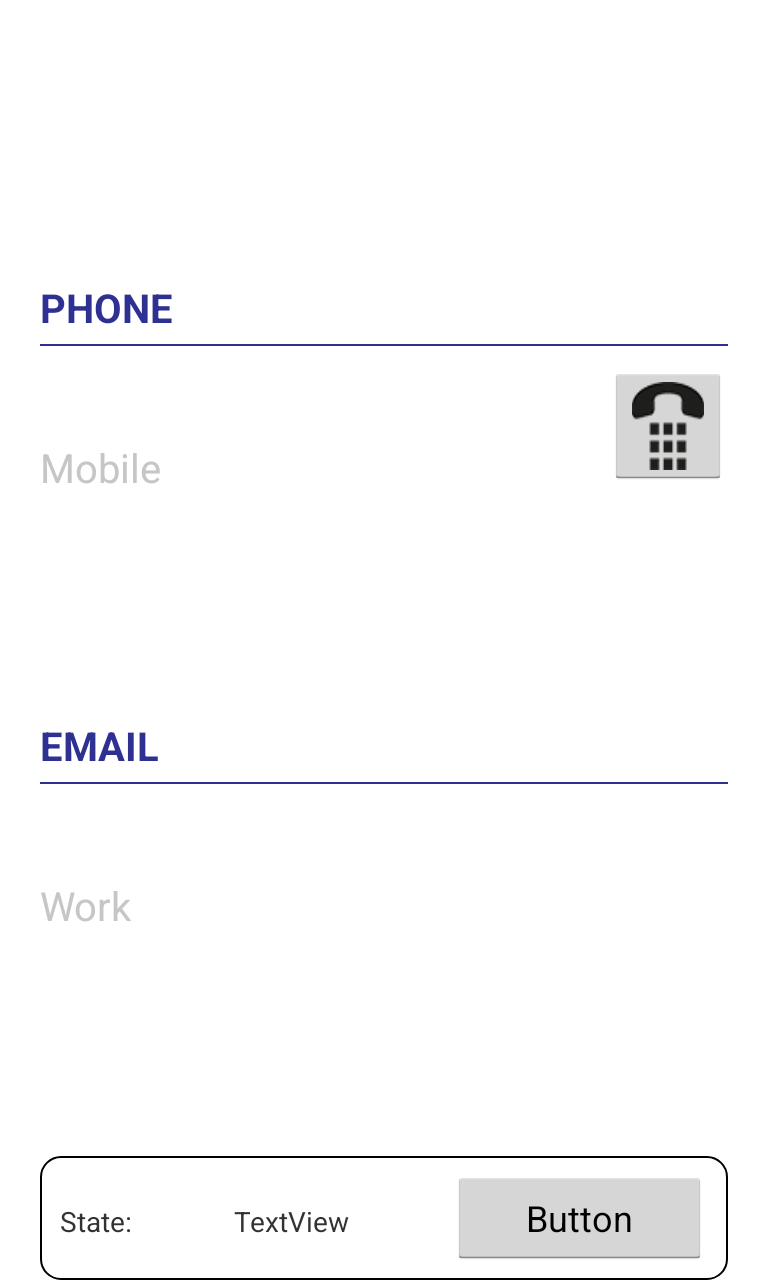
Repository: GitDidNotExitCleanly/FaceLabel
Layout: FaceLabel/res/layout/fragment_member_display.xml
The author's editor kept a copy of each file at every save. The layout is drawn from the files as they stood at one save, then again after the next save.
It is drawn on a 768 x 1280 px phone screen (xhdpi) without system bars, with theme AppTheme; the app's code is not run.

Above is the layout before, as saved 2015-05-12 17:06:17.

After the next save:
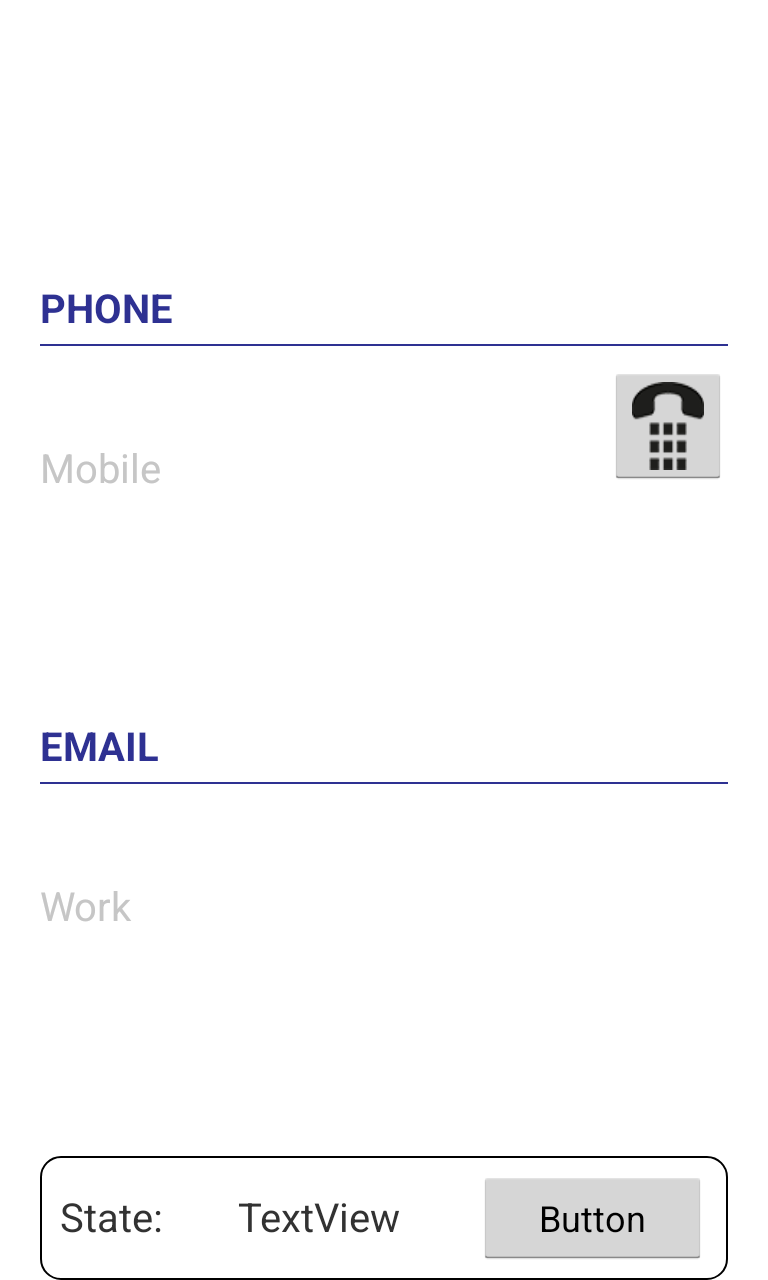
Saved 48 s later.
--- a/FaceLabel/res/layout/fragment_member_display.xml
+++ b/FaceLabel/res/layout/fragment_member_display.xml
@@ -148,6 +148,7 @@
             android:layout_width="wrap_content"
             android:layout_height="wrap_content"
             android:layout_weight="1"
+            android:textSize="20sp"
             android:text="State:" />
 
         <TextView
@@ -155,6 +156,7 @@
             android:layout_width="wrap_content"
             android:layout_height="wrap_content"
             android:layout_weight="1"
+            android:textSize="20sp"
             android:text="TextView" />
 
         <Button
